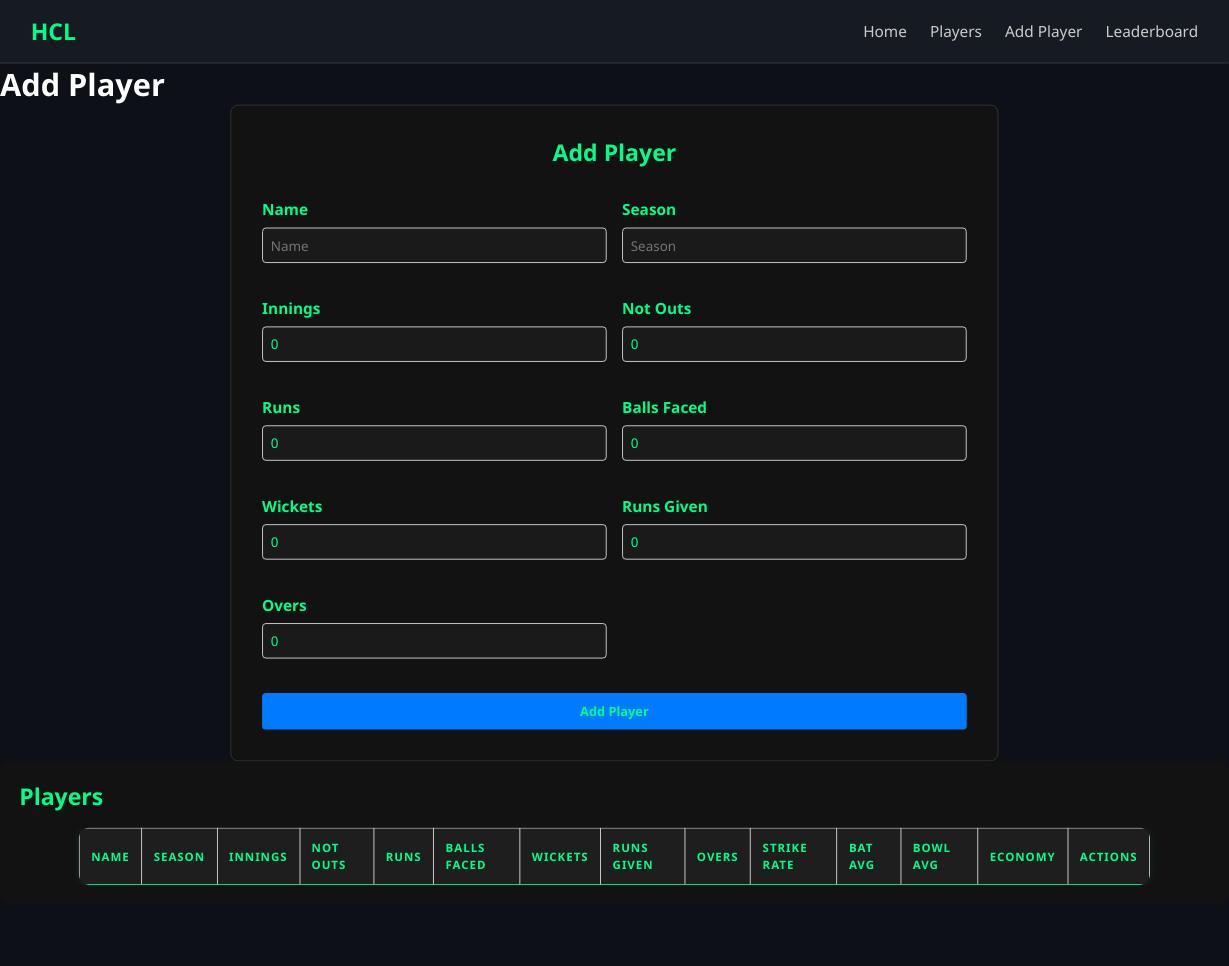
Repository: DanTastic-Dev/HCL
Page: /add (app in cricket-app/)
An editor plug-in stored every save of this project. The page is shown before and after the next save, followed by the edit.
The browser window is 1280 px wide. The pictures show the whole page, at 96% of full size.
The page's requests for data from a server got no answer. The project was rebuilt for these pictures with package versions that can differ from the ones it lists, and the page was loaded fresh each time. No one was signed in, and anything a server would have sent is missing. Also part of the build but not shown: cricket-app/src/components/TopPerformers.jsx, cricket-app/src/components/MiniLeaderboards.jsx, cricket-app/src/components/IntroAnimation.css, cricket-app/src/pages/HomePage.jsx, cricket-app/src/components/PlayerCard.jsx, cricket-app/src/pages/ViewPlayersPage.jsx, cricket-app/src/pages/LeaderboardPage.jsx, cricket-app/src/pages/EditPlayerPage.jsx.

Above is the page before, as saved 2025-06-18 16:11:56.

After the next save:
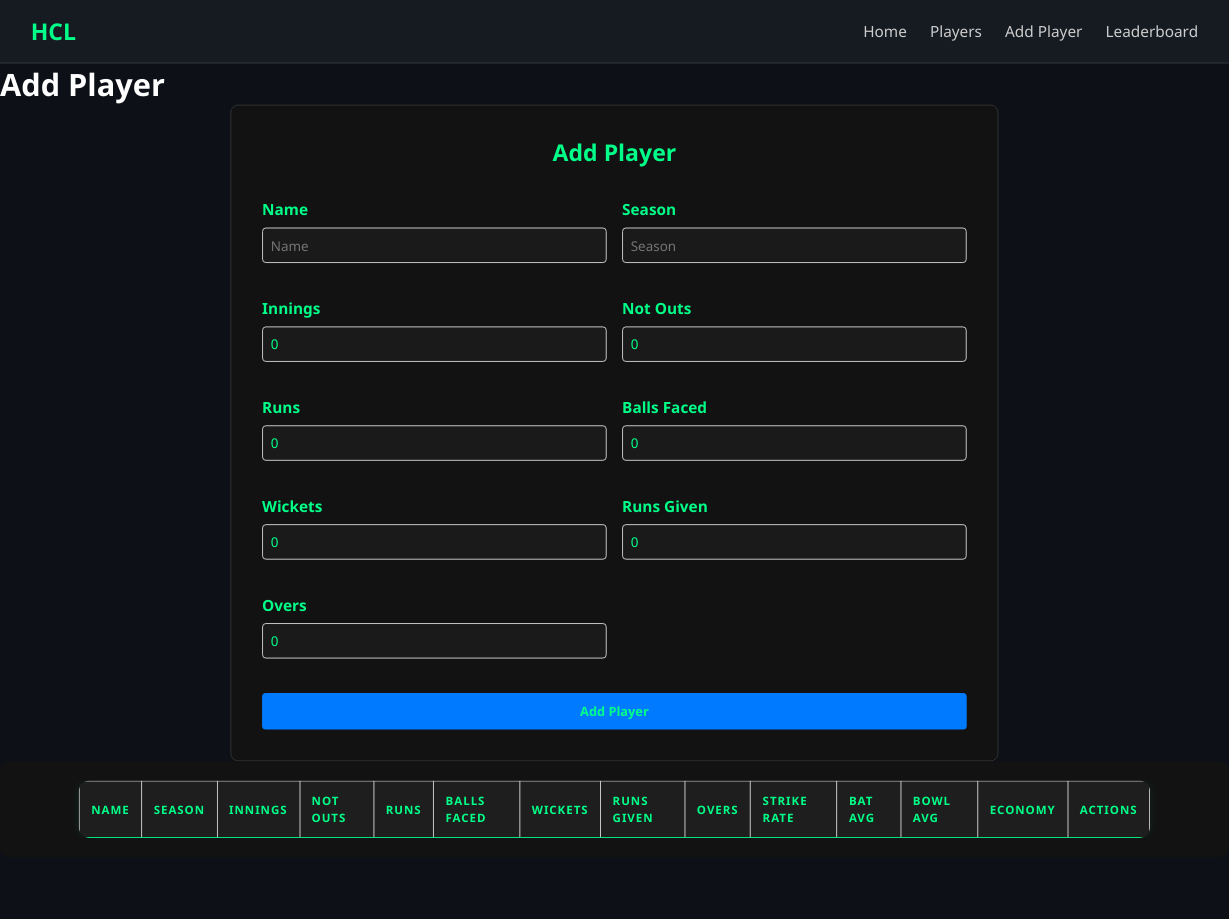
Saved 33 s later.
--- a/cricket-app/src/components/PlayerTable.jsx
+++ b/cricket-app/src/components/PlayerTable.jsx
@@ -55,7 +55,7 @@ const PlayerTable = ({ players, setPlayers }) => {
 
     return (
         <div style={{ padding: "20px", backgroundColor: "#121212", color: "white", borderRadius: "10px" }}>
-            <h2 style={{ color: "#00FF88", marginBottom: "1rem" }}>Players</h2>
+            {/* <h2 style={{ color: "#00FF88", marginBottom: "1rem" }}>Players</h2> */}
             <div style={{ overflowX: "auto" }}>
                 <table style={{
                     width: "90%", // reduced from 100%
